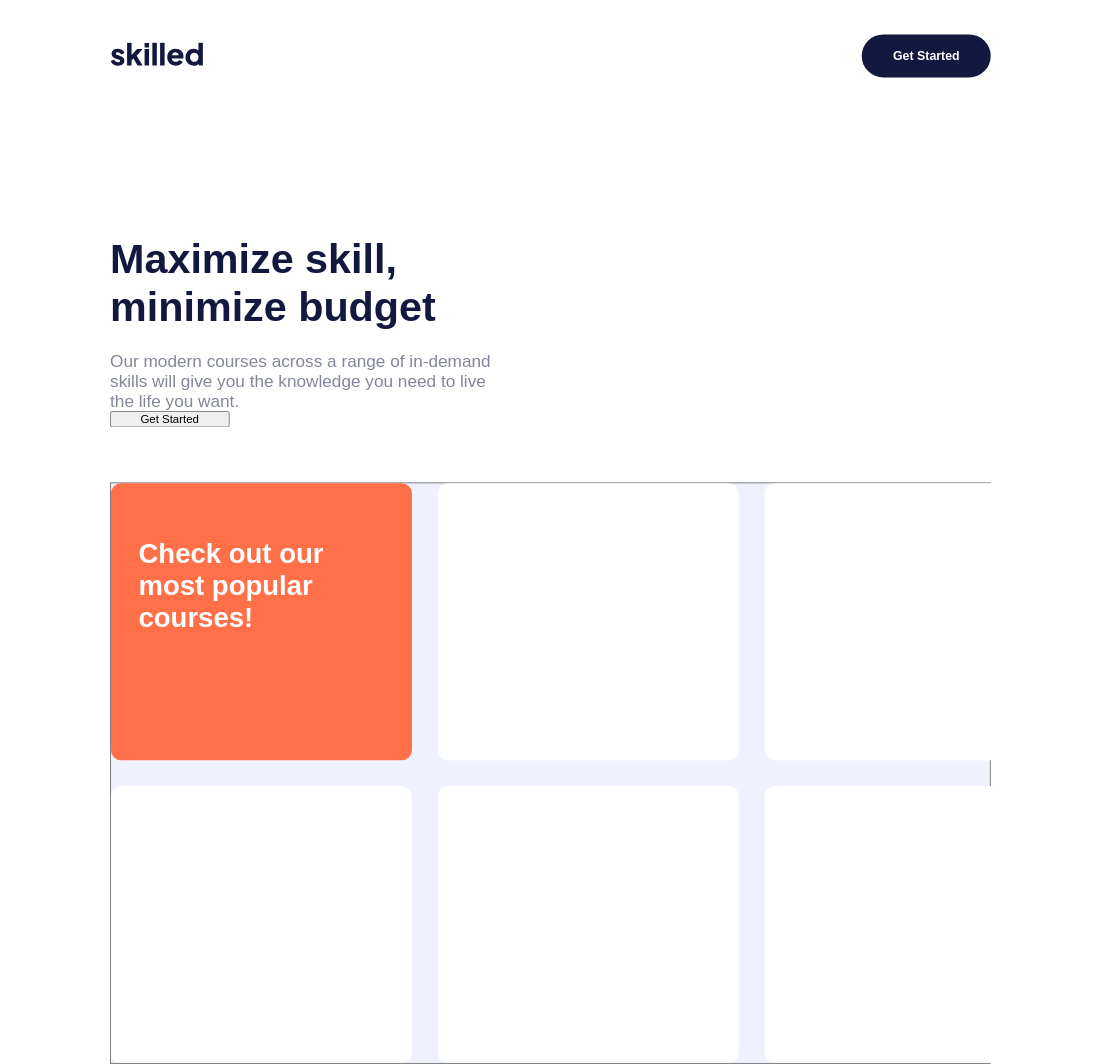
Repository: exe-walt/E-Learning-Landing-Page
Page: index.html
These files come from the project's save history. The page is drawn as it stood at one moment and after a run of saves; the edit follows.
The browser window is 1280 px wide. The pictures show the whole page, at 86% of full size.
Some web fonts or font styles are not loaded; a fallback is used.

Above is the page before, as saved 2025-05-29 12:11:35.

After the next 2 saves:
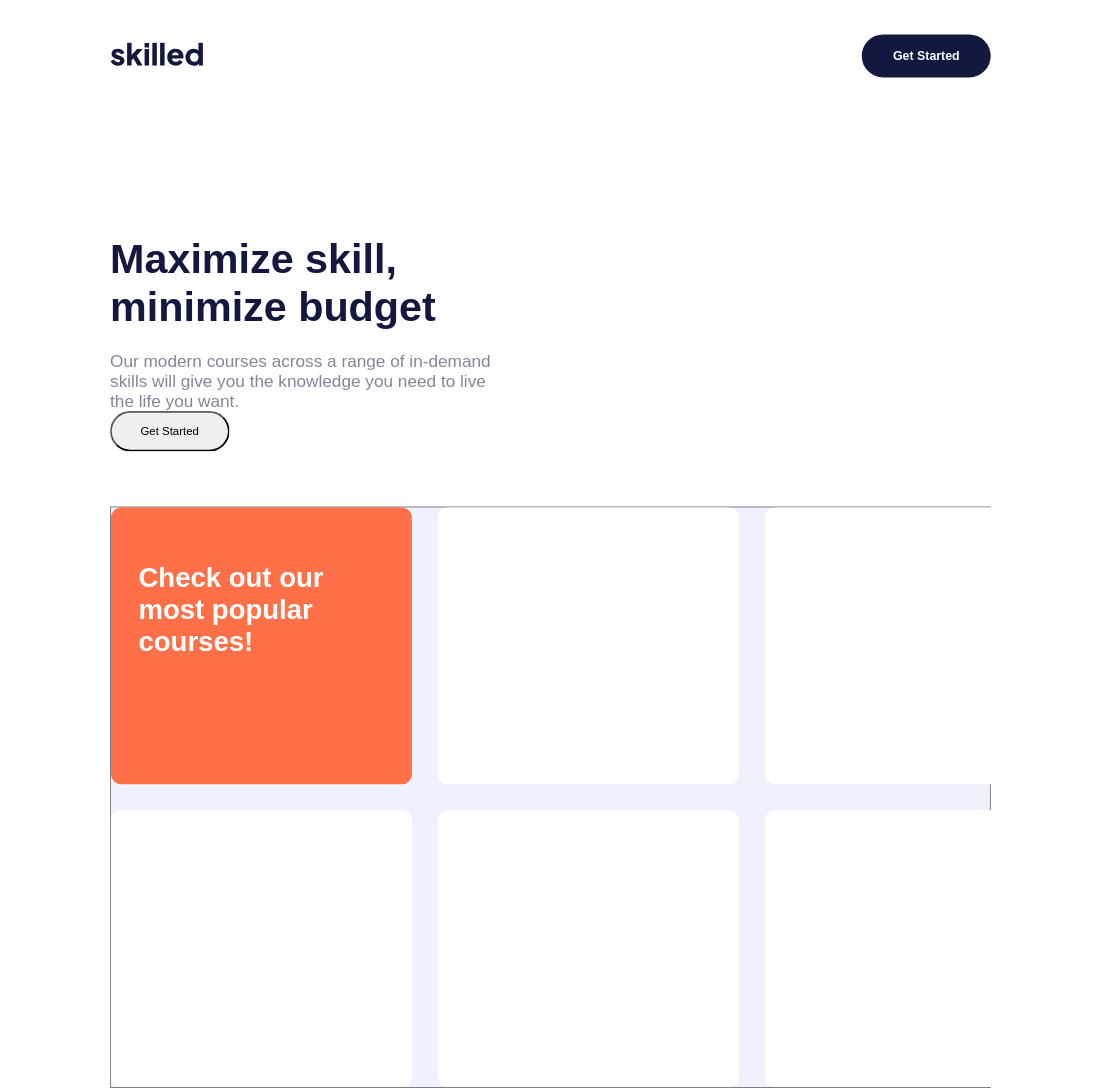
The 2 saves are shown as one change because they came seconds apart.
The last was saved 6 s later.
--- a/css/style.css
+++ b/css/style.css
@@ -87,7 +87,8 @@ body {
 
 .grad-btn1{
   width: 10.4em;
-  height: ;
+  height: 3.5em;
+  border-radius: 999px;
 }
 
 .cc{
